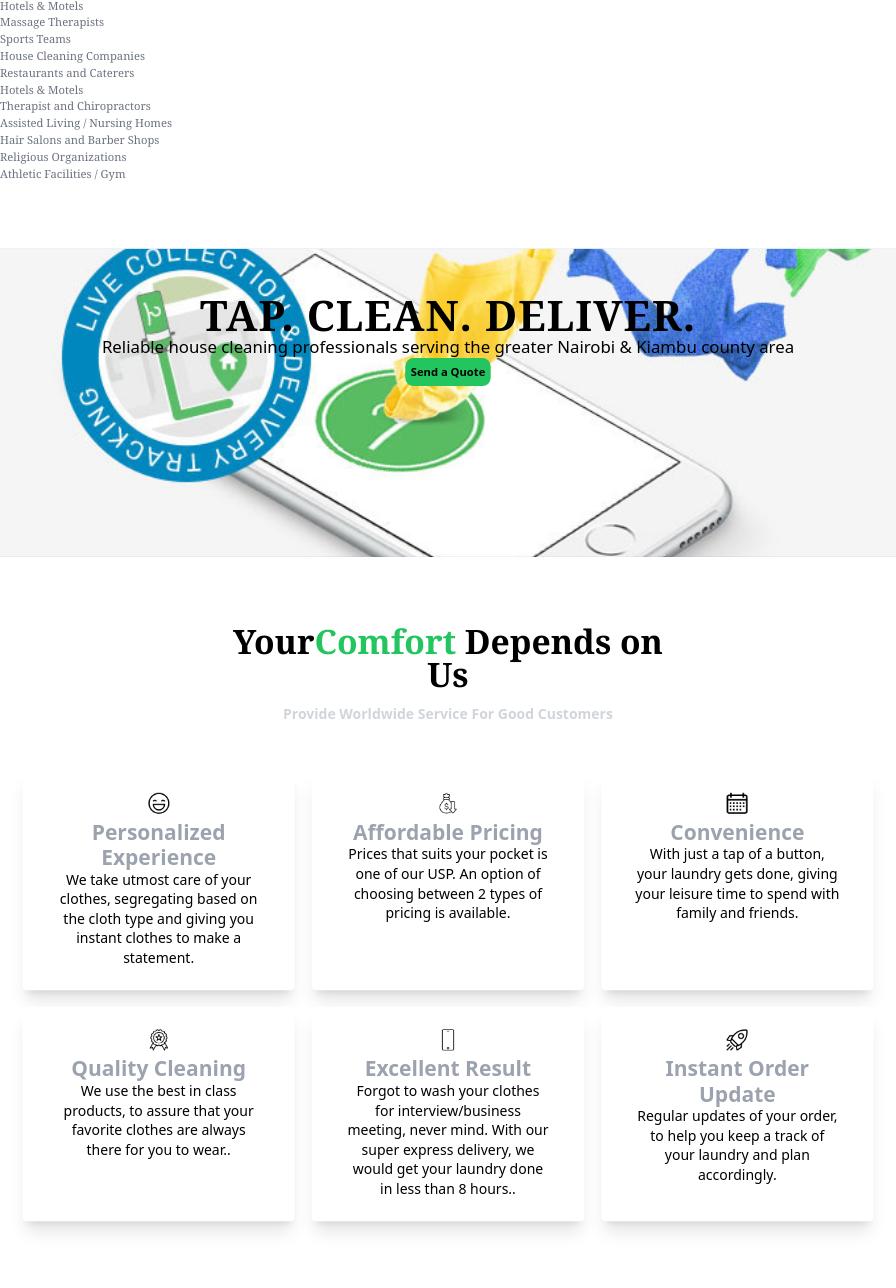
Repository: remydev47/smartlaundry
Page: /
An editor plug-in stored every save of this project. The page is shown before and after the next save, followed by the edit.
The browser window is 1280 px wide. The pictures show the part of the page from y = 4002 to 5922 px (the page is 5842 px tall before and 5922 px after), at 70% of full size.
The project was rebuilt for these pictures with package versions that can differ from the ones it lists, and the page was loaded fresh each time. The framework's server and built-in components were replaced by stand-ins that run in the browser. Also part of the build but not shown: next.config.js, components/Prices.tsx, components/Testimonial.tsx, components/Pricing.tsx, components/Footer.tsx.

Above is the page before, as saved 2022-10-24 16:49:02.

After the next save:
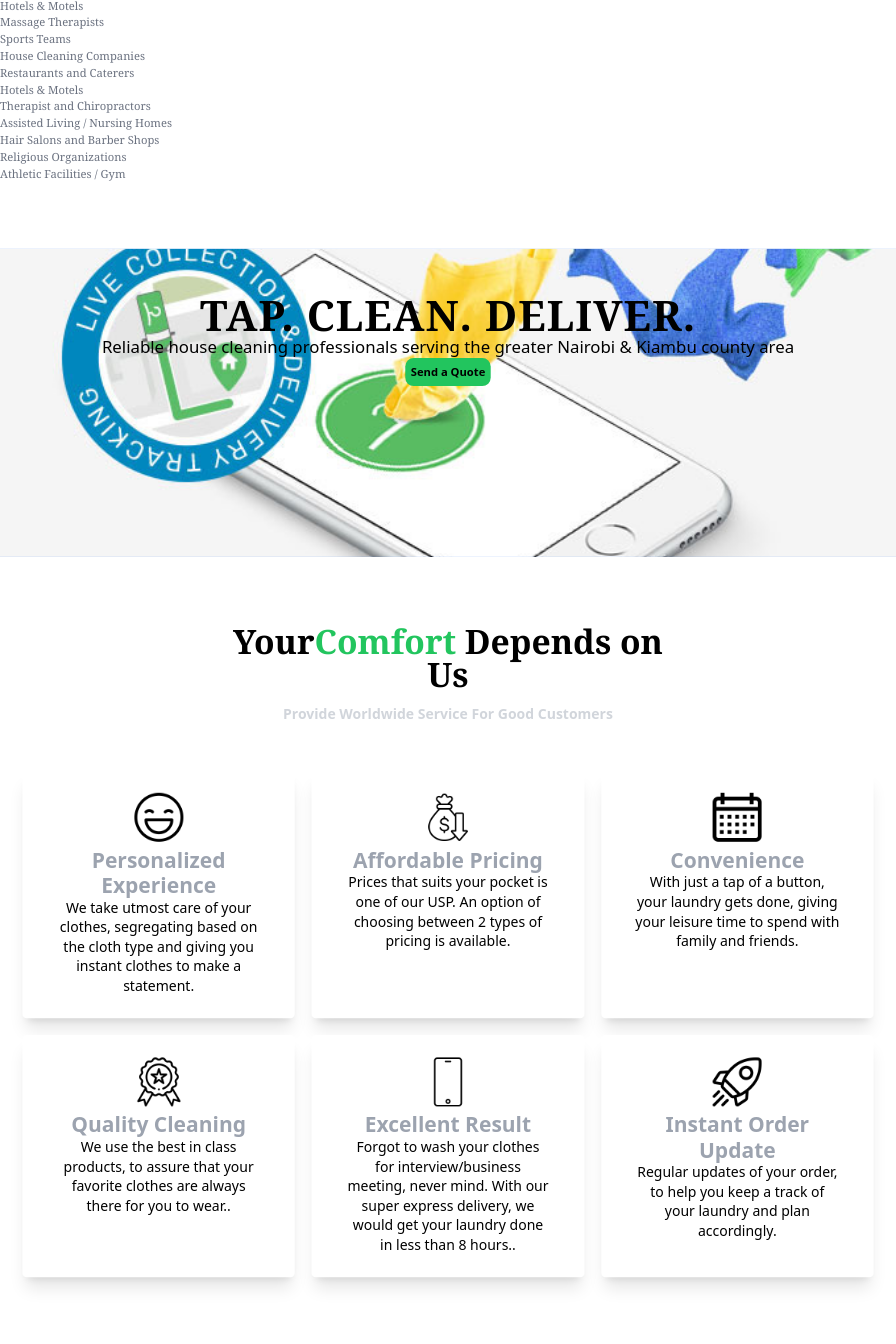
Saved 38 s later.
--- a/components/Reasons.tsx
+++ b/components/Reasons.tsx
@@ -52,8 +52,9 @@ const Reasons = () => {
              <div>
               <Image
                src={item.image}
-               height={30}
-               width={30}
+               height={70}
+               width={70}
+               className="text-green-400"
              />
              </div>
              <h2 className='font-bold text-3xl text-gray-400 text-center mt-2'>
